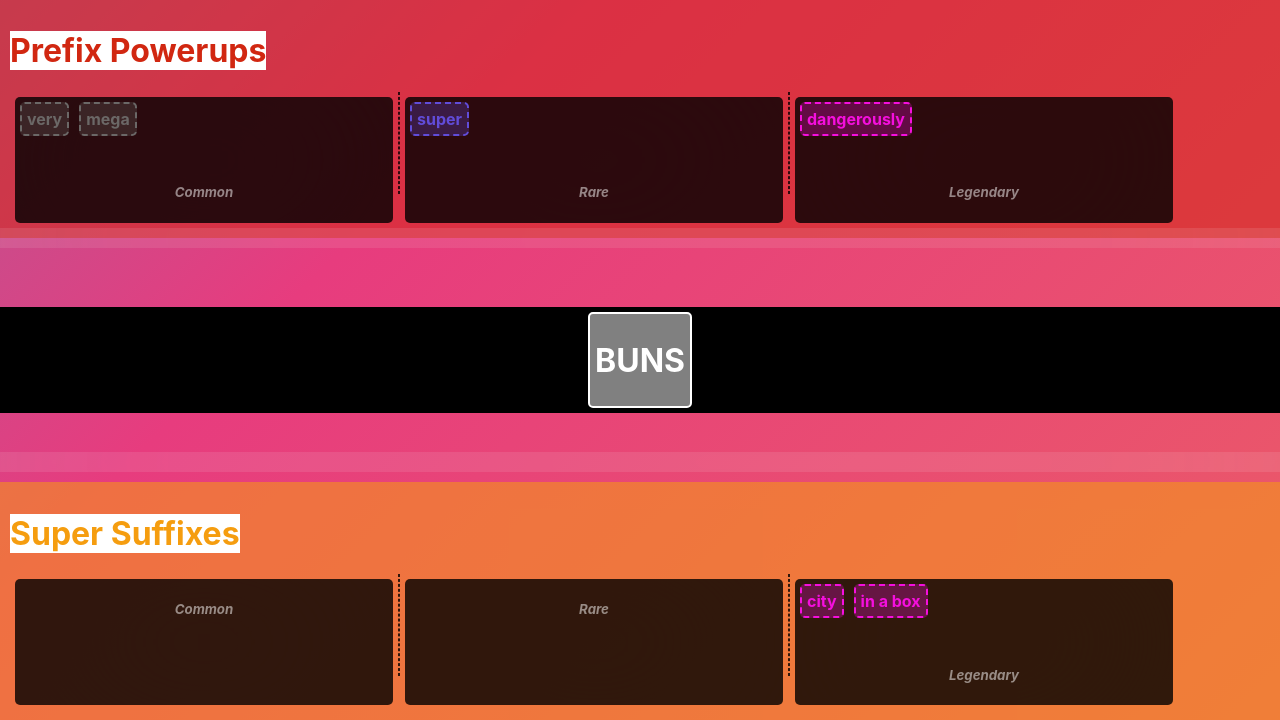
Repository: bsalgado98/buns-inator
Page: /
These files come from the project's save history. The page is drawn as it stood at one moment and after the next save; the edit follows.
The browser window is 1280 px wide. The pictures show the whole page.
The project was rebuilt for these pictures with package versions that can differ from the ones it lists, and the page was loaded fresh each time.

Above is the page before, as saved 2022-04-25 23:48:43.

After the next save:
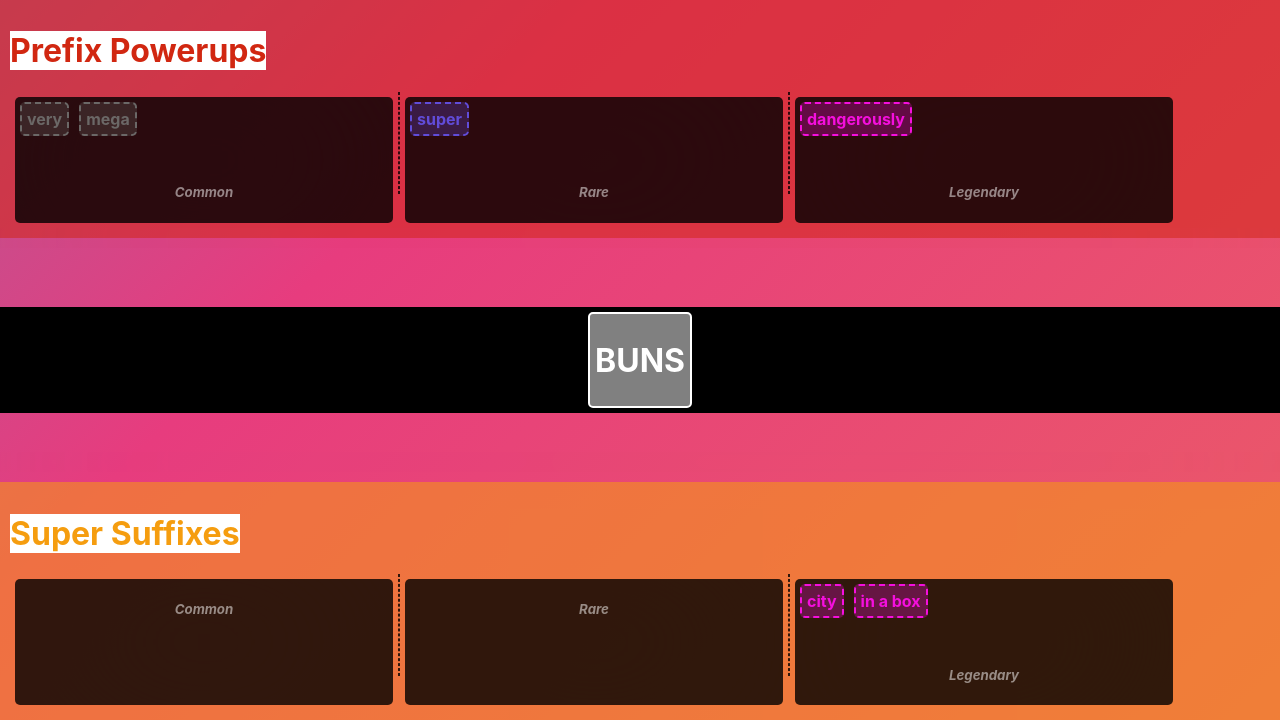
Saved 18 s later.
--- a/src/App.css
+++ b/src/App.css
@@ -34,7 +34,7 @@
 .divider {
     width: 100vw;
     height: 20px;
-    background: rgba(255, 255, 255, 0.1);
+    /* background: rgba(255, 255, 255, 0.1); */
     position: relative;
     top: -10px;
     backdrop-filter: blur(100px);
